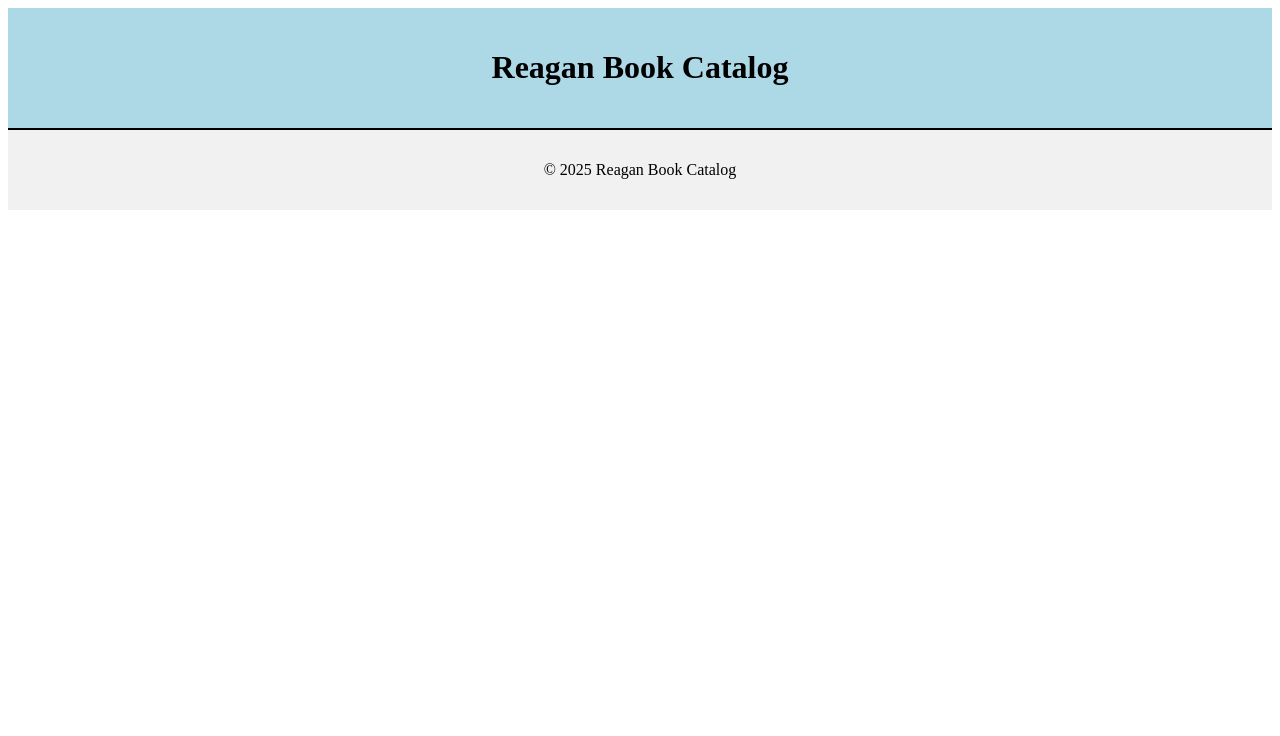
Repository: antyc0817/COMP-3170-Assignment-2-Reagan
Page: /
The author's editor kept a copy of each file at every save. The page is drawn from the files as they stood at one save, then again after the next save.
The browser window is 1280 px wide. The pictures show the whole page.
The project was rebuilt for these pictures with package versions that can differ from the ones it lists, and the page was loaded fresh each time. Also part of the build but not shown: vite.config.js, src/index.css.

Above is the page before, as saved 2025-09-09 17:24:22.

After the next save:
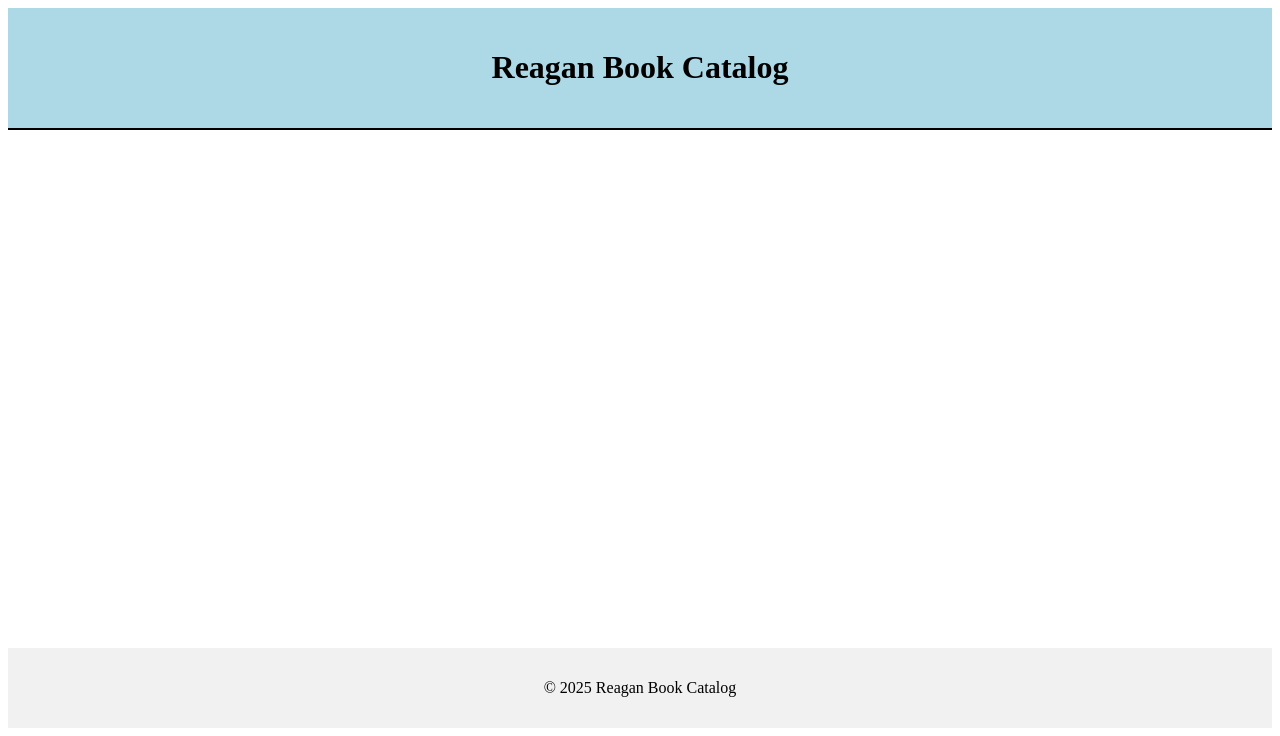
Saved 12 s later.
--- a/src/App.css
+++ b/src/App.css
@@ -1,9 +1,8 @@
-#root {
+#app-container {
     display: flex;
     flex-direction: column;
     min-height: 100vh;
 }
-
 header {
     text-align: center;
     background-color: lightblue;
